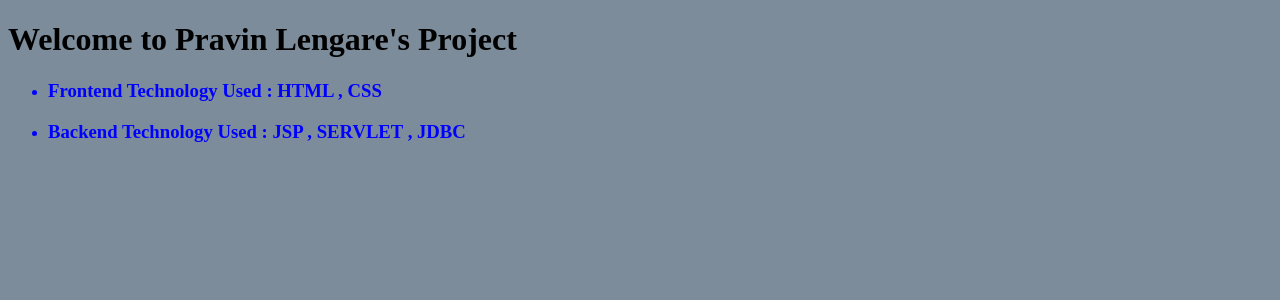
Repository: PravinLengare/Advance-Java
Page: Login-Register/src/main/webapp/index.html
The author's editor kept a copy of each file at every save. The page is drawn from the files as they stood at one save, then again after the next save.
The browser window is 1280 px wide. The pictures show the whole page.

Above is the page before, as saved 2025-08-19 13:02:45.

After the next save:
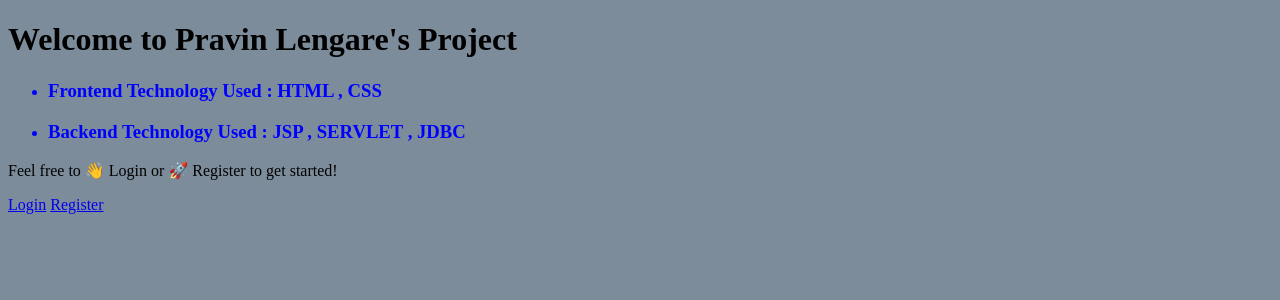
Saved 9 min 13 s later.
--- a/Login-Register/src/main/webapp/index.html
+++ b/Login-Register/src/main/webapp/index.html
@@ -6,12 +6,18 @@
 <link rel="stylesheet" href="style.css">
 </head>
 <body>
+<div class = "container">
 	<h1>Welcome to Pravin Lengare's Project </h1>
 	<ul>
 		<li><h3>Frontend Technology Used : HTML , CSS</h3></li>
 		<li><h3>Backend Technology Used : JSP , SERVLET , JDBC </h3></li>
 
 	</ul>
-
+	 <p>Feel free to <span class="emoji">👋</span> Login or <span class="emoji">🚀</span> Register to get started!</p>
+    <div class="links">
+        <a href="login.jsp">Login</a>
+        <a href="register.jsp">Register</a>
+    </div>
+ </div>
 </body>
 </html>
